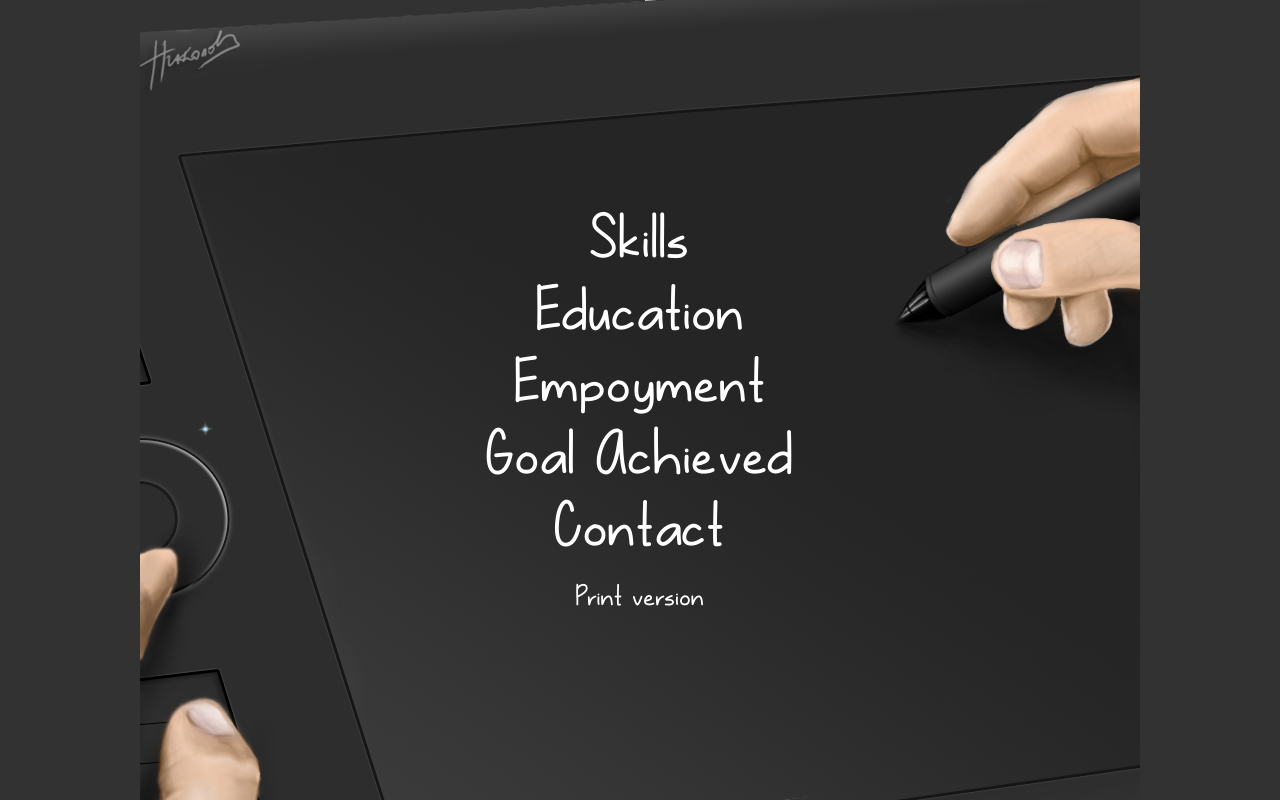
Repository: nikichanko/cv
Page: index.html
An editor plug-in stored every save of this project. The page is shown before and after the next save, followed by the edit.
The browser window is 1280 px wide. The pictures show the whole page.

Above is the page before, as saved 2018-08-10 00:22:46.

After the next save:
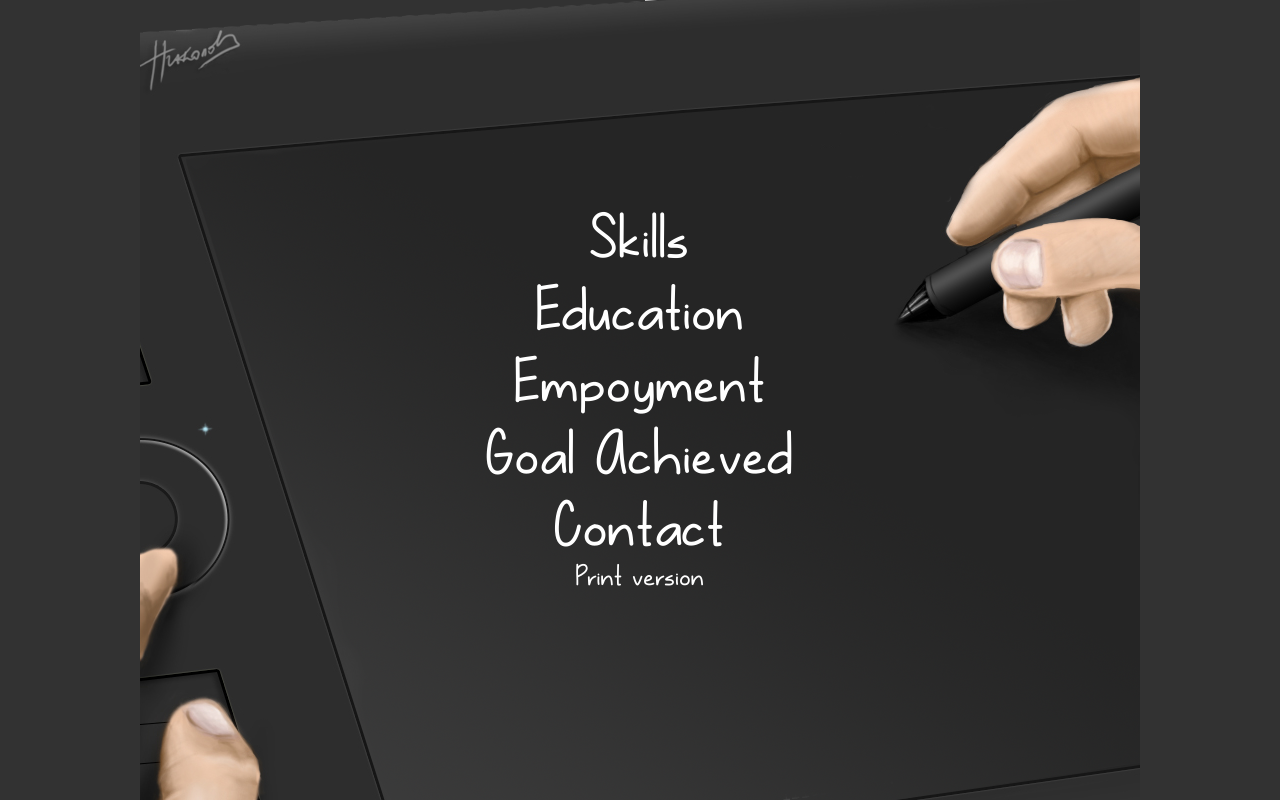
Saved 11 s later.
--- a/css/styles.css
+++ b/css/styles.css
@@ -67,6 +67,7 @@ body {
 }
 .item.print {
   font-size: 30px;
+  line-height: 30px;
 }
 
 .item span {
